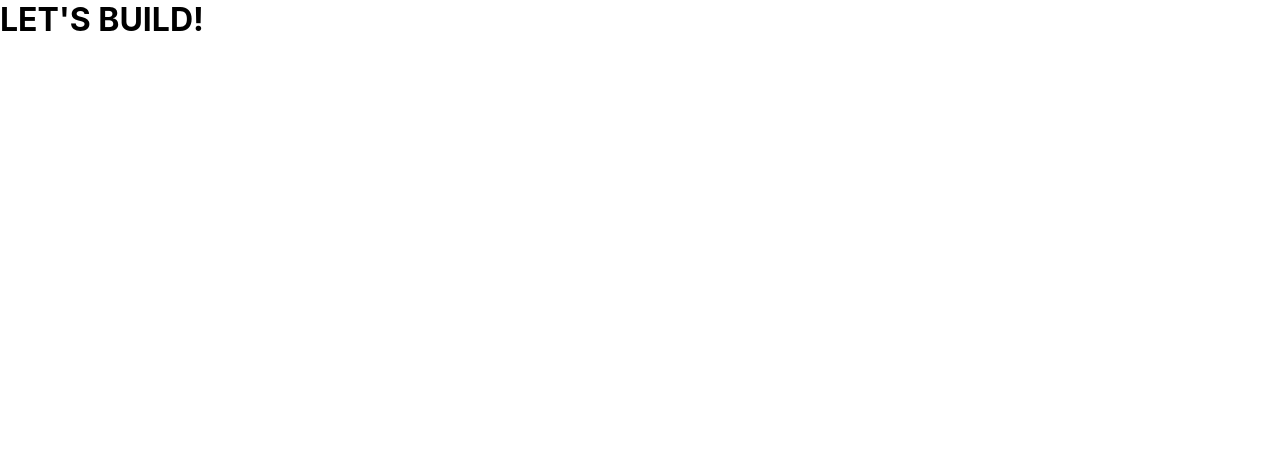
Repository: NwachukwuOfoma/snapchat-clone
Page: /preview
An editor plug-in stored every save of this project. The page is shown before and after the next save, followed by the edit.
The browser window is 1280 px wide. The pictures show the whole page.
The page's requests for data from a server got no answer. The project was rebuilt for these pictures with package versions that can differ from the ones it lists, and the page was loaded fresh each time. No one was signed in, and anything a server would have sent is missing. Also part of the build but not shown: src/App.css.

Above is the page before, as saved 2022-03-31 11:53:45.

After the next save:
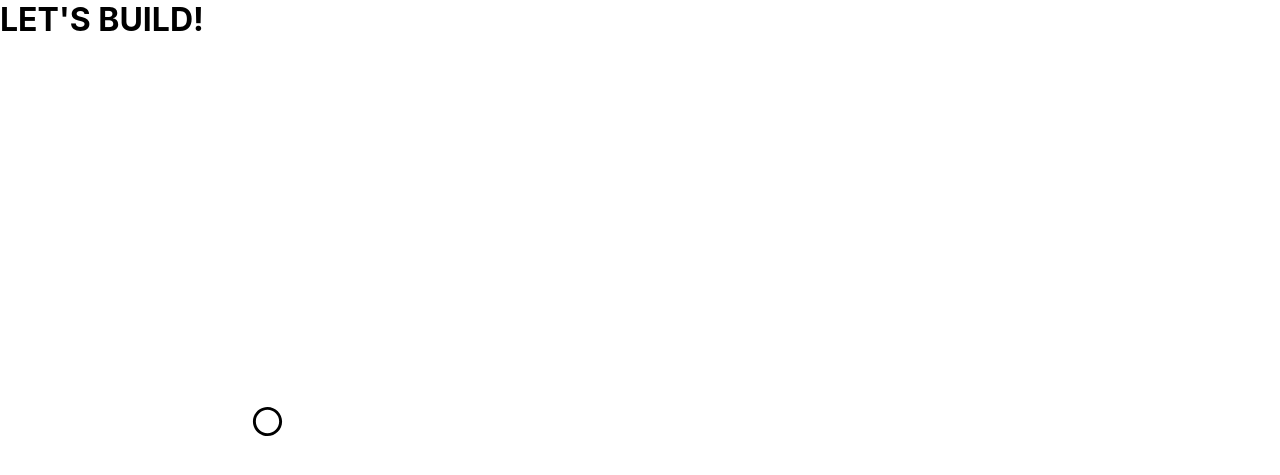
Saved 15 h 15 min later.
--- a/src/features/WebcamCapture.js
+++ b/src/features/WebcamCapture.js
@@ -1,5 +1,6 @@
-import React, { useRef } from 'react'
+import React, { useCallback, useRef } from 'react'
 import Webcam from 'react-webcam'
+import RadioButtonUncheckedIcon from '@mui/icons-material/RadioButtonUnchecked';
 
 const videoConstraints = {
     width: 250,
@@ -9,6 +10,10 @@ const videoConstraints = {
 
 function WebcamCapture() {
     const webcamRef = useRef(null)
+    const capture = useCallback(() => {
+        const imageSrc = webcamRef.current.getScreenshot();
+        console.log(imageSrc);
+    }, [webcamRef])
   return (
     <div className='webcamCapture'>
         <Webcam
@@ -18,7 +23,12 @@ function WebcamCapture() {
             screenshotFormat="image/jpeg"
             width={videoConstraints.width}
             videoConstraints={videoConstraints}
+        />
 
+        <RadioButtonUncheckedIcon
+            className='webcamCaptureButton'
+            onClick={capture}
+            fontSize="large"
         />
     </div>
   )
